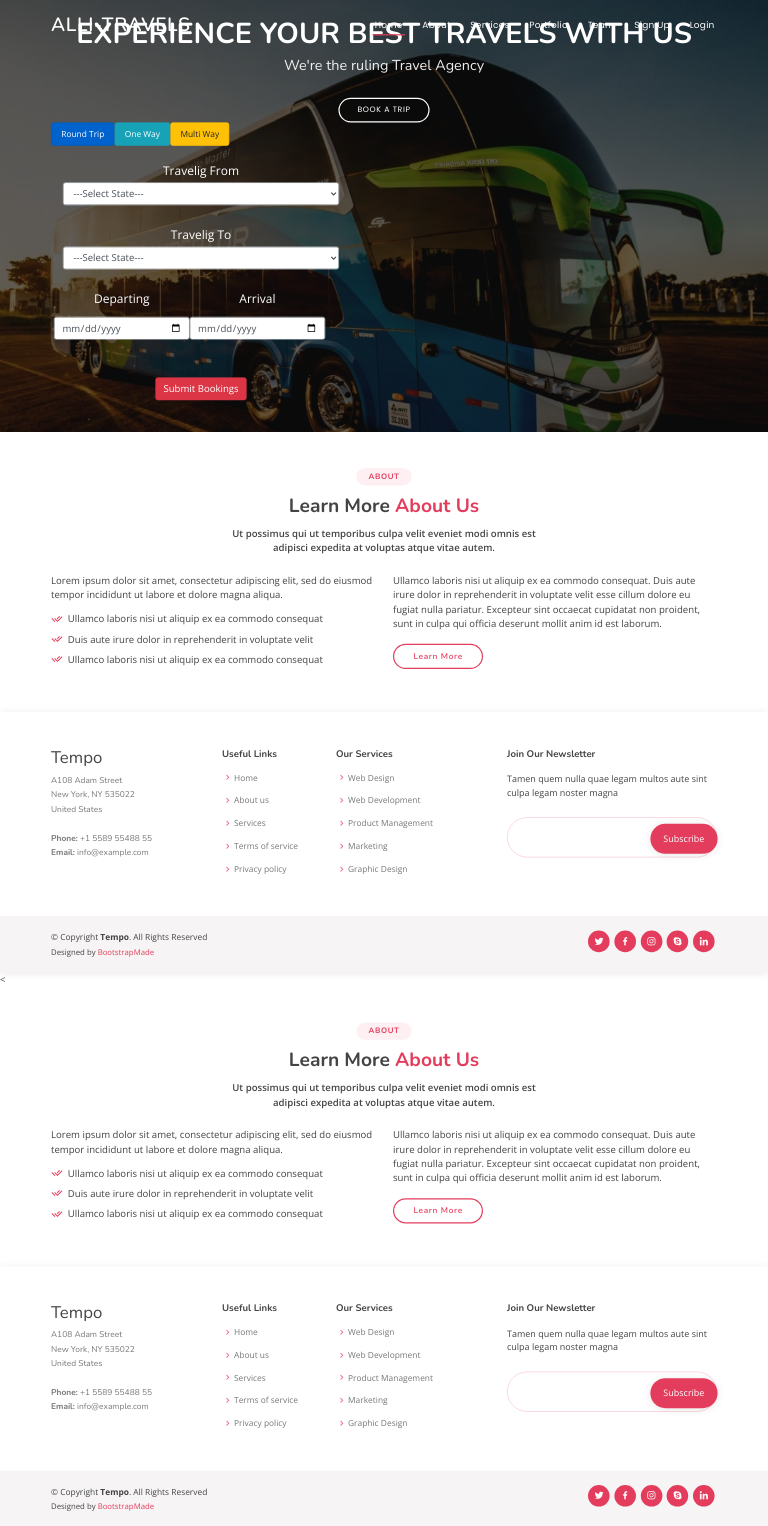
Repository: yazshrilld/Transport_Booking_system
Page: http://localhost/Transport_Project/admin/pindex.php
An editor plug-in stored every save of this project. The page is shown before and after a run of saves, followed by the edit.
The browser window is 1280 px wide. The pictures show the whole page, at 60% of full size.
Backgrounds fixed to the window are drawn as part of the page. The page is run by PHP 8.4 with error messages shown; the project is at /var/www/html/. Other server files are loaded and not shown. The database holds what the project's SQL file puts in it.

Above is the page before, as saved 2021-01-24 03:35:13.

### admin/pindex.php
<?php
$connection=mysqli_connect("localhost","root","","transport_project");
?>

<!DOCTYPE html>
<html lang="en">

<head>
  <meta charset="utf-8">
  <meta content="width=device-width, initial-scale=1.0" name="viewport">

  <title>Alli-Travels ! Your Smooth Ride</title>
  <meta content="" name="descriptison">
  <meta content="" name="keywords">

  <!-- Favicons -->
  <link href="assets/img/favicon.png" rel="icon">
  <link href="assets/img/apple-touch-icon.png" rel="apple-touch-icon">

  <!-- Google Fonts -->
  <link href="https://fonts.googleapis.com/css?family=Open+Sans:300,300i,400,400i,600,600i,700,700i|Nunito:300,300i,400,400i,600,600i,700,700i|Poppins:300,300i,400,400i,500,500i,600,600i,700,700i" rel="stylesheet">

  <!-- Vendor CSS Files -->
  <link href="assets/vendor/bootstrap/css/bootstrap.min.css" rel="stylesheet">
  <link href="assets/vendor/icofont/icofont.min.css" rel="stylesheet">
  <link href="assets/vendor/boxicons/css/boxicons.min.css" rel="stylesheet">
  <link href="assets/vendor/remixicon/remixicon.css" rel="stylesheet">
  <link href="assets/vendor/venobox/venobox.css" rel="stylesheet">
  <link href="assets/vendor/owl.carousel/assets/owl.carousel.min.css" rel="stylesheet">
  <script src="https://ajax.googleapis.com/ajax/libs/jquery/3.3.1/jquery.min.js"></script>

  <!-- Template Main CSS File -->
  <link href="assets/css/style.css" type="text/css" rel="stylesheet">
  <!-- <link href="assets/css/font.css" type="text/css" rel="stylesheet"> -->
  <link href="css/font.css" type="text/css" rel="stylesheet">

  <!-- =======================================================
  * Template Name: Tempo - v2.1.0
  * Template URL: https://bootstrapmade.com/tempo-free-onepage-bootstrap-theme/
  * Author: BootstrapMade.com
  * License: https://bootstrapmade.com/license/
  ======================================================== -->
</head>
<body>

<?php include "header.php"; ?>
  <!-- ======= Hero Section ======= -->
  <section id="hero">
    <div class="hero-container">
      <h1>Experience your best travels with us</h1>
      <h2>We're the ruling Travel Agency</h2>

        <a href="booking.php" class="btn-get-started scrollto">Book A Trip</a>
          <div class="container">
            <ul class="nav nav-pills mb-3" id="pills-tab" role="tablist">
                <li class="nav-item">
                    <a class="nav-link active btn btn-primary btn-sm" id="pills-home-tab" data-toggle="pill" href="#pills-home" role="tab" aria-controls="pills-home" aria-selected="true">Round Trip</a>
                </li>
                <li class="nav-item">
                    <a class="nav-link btn btn-info btn-sm" id="pills-profile-tab" data-toggle="pill" href="#pills-profile" role="tab" aria-controls="pills-profile" aria-selected="false">One Way</a>
                </li>
                <li class="nav-item">
                    <a class="nav-link btn btn-warning btn-sm" id="pills-contact-tab" data-toggle="pill" href="#pills-contact" role="tab" aria-controls="pills-contact" aria-selected="false">Multi Way</a>
                </li>
            </ul>

            <div class="tab-content" id="pills-tabContent">

                <div class="tab-pane fade show active" id="pills-home" role="tabpanel" aria-labelledby="pills-home-tab">
                    <?php include 'home_check.php';?>
                </div>
                <div class="tab-pane fade text-danger" id="pills-profile" role="tabpanel" aria-labelledby="pills-profile-tab">
                    <?php include 'profile_check.php';?>
                </div>
                <div class="tab-pane fade text-success" id="pills-contact" role="tabpanel" aria-labelledby="pills-contact-tab">
                    <?php include 'contact_check.php';?>
                </div>
            </div>
          </div>

    </div>
    <script type="text/javascript">
      $(document).ready(function(){
        $(".origin").change(function() { //.country is ilke .origin
          var origin_id=$(this).val(); // var id, may either be for origin or trips
          var post_id = 'id='+ origin_id; // + id, may either be for origin or trips
          $.ajax({
              type: "POST",
              url: "books.php",
              data: post_id+"&action=view",
              cache: false,
              success: function(result) {
                  $(".trip").html(result);
                }
          });
        });
      });
    </script>
  </section><!-- End Hero -->

  <main id="main">

    <!-- ======= About Section ======= -->







      </div>
    </section><!-- End Features Section -->

    <section id="about" class="about">
      <div class="container">

        <div class="section-title">
          <h2>About</h2>
          <h3>Learn More <span>About Us</span></h3>
          <p>Ut possimus qui ut temporibus culpa velit eveniet modi omnis est adipisci expedita at voluptas atque vitae autem.</p>
        </div>

        <div class="row content">
          <div class="col-lg-6">
            <p>
              Lorem ipsum dolor sit amet, consectetur adipiscing elit, sed do eiusmod tempor incididunt ut labore et dolore
              magna aliqua.
            </p>
            <ul>
              <li><i class="ri-check-double-line"></i> Ullamco laboris nisi ut aliquip ex ea commodo consequat</li>
              <li><i class="ri-check-double-line"></i> Duis aute irure dolor in reprehenderit in voluptate velit</li>
              <li><i class="ri-check-double-line"></i> Ullamco laboris nisi ut aliquip ex ea commodo consequat</li>
            </ul>
          </div>
          <div class="col-lg-6 pt-4 pt-lg-0">
            <p>
              Ullamco laboris nisi ut aliquip ex ea commodo consequat. Duis aute irure dolor in reprehenderit in voluptate
              velit esse cillum dolore eu fugiat nulla pariatur. Excepteur sint occaecat cupidatat non proident, sunt in
              culpa qui officia deserunt mollit anim id est laborum.
            </p>
            <a href="#" class="btn-learn-more">Learn More</a>
          </div>
        </div>

      </div>
    </section><!-- End About Section -->







  </main><!-- End #main -->

  <!-- ======= Footer ======= -->
  <footer id="footer">

    <div class="footer-top">
      <div class="container">
        <div class="row">

          <div class="col-lg-3 col-md-6 footer-contact">
            <h3>Tempo</h3>
            <p>
              A108 Adam Street <br>
              New York, NY 535022<br>
              United States <br><br>
              <strong>Phone:</strong> +1 5589 55488 55<br>
              <strong>Email:</strong> info@example.com<br>
            </p>
          </div>

          <div class="col-lg-2 col-md-6 footer-links">
            <h4>Useful Links</h4>
            <ul>
              <li><i class="bx bx-chevron-right"></i> <a href="#">Home</a></li>
              <li><i class="bx bx-chevron-right"></i> <a href="#">About us</a></li>
              <li><i class="bx bx-chevron-right"></i> <a href="#">Services</a></li>
              <li><i class="bx bx-chevron-right"></i> <a href="#">Terms of service</a></li>
              <li><i class="bx bx-chevron-right"></i> <a href="#">Privacy policy</a></li>
            </ul>
          </div>

          <div class="col-lg-3 col-md-6 footer-links">
            <h4>Our Services</h4>
            <ul>
              <li><i class="bx bx-chevron-right"></i> <a href="#">Web Design</a></li>
              <li><i class="bx bx-chevron-right"></i> <a href="#">Web Development</a></li>
              <li><i class="bx bx-chevron-right"></i> <a href="#">Product Management</a></li>
              <li><i class="bx bx-chevron-right"></i> <a href="#">Marketing</a></li>
              <li><i class="bx bx-chevron-right"></i> <a href="#">Graphic Design</a></li>
            </ul>
          </div>

          <div class="col-lg-4 col-md-6 footer-newsletter">
            <h4>Join Our Newsletter</h4>
            <p>Tamen quem nulla quae legam multos aute sint culpa legam noster magna</p>
            <form action="" method="post">
              <input type="email" name="email"><input type="submit" value="Subscribe">
            </form>
          </div>

        </div>
      </div>
    </div>

    <div class="container d-md-flex py-4">

      <div class="mr-md-auto text-center text-md-left">
        <div class="copyright">
          &copy; Copyright <strong><span>Tempo</span></strong>. All Rights Reserved
        </div>
        <div class="credits">
          <!-- All the links in the footer should remain intact. -->
          <!-- You can delete the links only if you purchased the pro version. -->
          <!-- Licensing information: https://bootstrapmade.com/license/ -->
          <!-- Purchase the pro version with working PHP/AJAX contact form: https://bootstrapmade.com/tempo-free-onepage-bootstrap-theme/ -->
          Designed by <a href="https://bootstrapmade.com/">BootstrapMade</a>
        </div>
      </div>
      <div class="social-links text-center text-md-right pt-3 pt-md-0">
        <a href="#" class="twitter"><i class="bx bxl-twitter"></i></a>
        <a href="#" class="facebook"><i class="bx bxl-facebook"></i></a>
        <a href="#" class="instagram"><i class="bx bxl-instagram"></i></a>
        <a href="#" class="google-plus"><i class="bx bxl-skype"></i></a>
        <a href="#" class="linkedin"><i class="bx bxl-linkedin"></i></a>
      </div>
    </div>
  </footer><!-- End Footer -->

  <a href="#" class="back-to-top"><i class="ri-arrow-up-line"></i></a>

  <!-- Vendor JS Files -->
  <script src="assets/vendor/jquery/jquery.min.js"></script>
  <script src="assets/vendor/bootstrap/js/bootstrap.bundle.min.js"></script>
  <script src="assets/vendor/jquery.easing/jquery.easing.min.js"></script>
  <script src="assets/vendor/php-email-form/validate.js"></script>
  <</section><!-- End Features Section -->

  <section id="about" class="about">
    <div class="container">

      <div class="section-title">
        <h2>About</h2>
        <h3>Learn More <span>About Us</span></h3>
        <p>Ut possimus qui ut temporibus culpa velit eveniet modi omnis est adipisci expedita at voluptas atque vitae autem.</p>
      </div>

      <div class="row content">
        <div class="col-lg-6">
          <p>
            Lorem ipsum dolor sit amet, consectetur adipiscing elit, sed do eiusmod tempor incididunt ut labore et dolore
            magna aliqua.
          </p>
          <ul>
            <li><i class="ri-check-double-line"></i> Ullamco laboris nisi ut aliquip ex ea commodo consequat</li>
            <li><i class="ri-check-double-line"></i> Duis aute irure dolor in reprehenderit in voluptate velit</li>
            <li><i class="ri-check-double-line"></i> Ullamco laboris nisi ut aliquip ex ea commodo consequat</li>
          </ul>
        </div>
        <div class="col-lg-6 pt-4 pt-lg-0">
          <p>
            Ullamco laboris nisi ut aliquip ex ea commodo consequat. Duis aute irure dolor in reprehenderit in voluptate
            velit esse cillum dolore eu fugiat nulla pariatur. Excepteur sint occaecat cupidatat non proident, sunt in
            culpa qui officia deserunt mollit anim id est laborum.
          </p>
          <a href="#" class="btn-learn-more">Learn More</a>
        </div>
      </div>

    </div>
  </section><!-- End About Section -->







</main><!-- End #main -->

<!-- ======= Footer ======= -->
<footer id="footer">

  <div class="footer-top">
    <div class="container">
      <div class="row">

        <div class="col-lg-3 col-md-6 footer-contact">
          <h3>Tempo</h3>
          <p>
            A108 Adam Street <br>
            New York, NY 535022<br>
            United States <br><br>
            <strong>Phone:</strong> +1 5589 55488 55<br>
            <strong>Email:</strong> info@example.com<br>
          </p>
        </div>

        <div class="col-lg-2 col-md-6 footer-links">
          <h4>Useful Links</h4>
          <ul>
            <li><i class="bx bx-chevron-right"></i> <a href="#">Home</a></li>
            <li><i class="bx bx-chevron-right"></i> <a href="#">About us</a></li>
            <li><i class="bx bx-chevron-right"></i> <a href="#">Services</a></li>
            <li><i class="bx bx-chevron-right"></i> <a href="#">Terms of service</a></li>
            <li><i class="bx bx-chevron-right"></i> <a href="#">Privacy policy</a></li>
          </ul>
        </div>

        <div class="col-lg-3 col-md-6 footer-links">
          <h4>Our Services</h4>
          <ul>
            <li><i class="bx bx-chevron-right"></i> <a href="#">Web Design</a></li>
            <li><i class="bx bx-chevron-right"></i> <a href="#">Web Development</a></li>
            <li><i class="bx bx-chevron-right"></i> <a href="#">Product Management</a></li>
            <li><i class="bx bx-chevron-right"></i> <a href="#">Marketing</a></li>
            <li><i class="bx bx-chevron-right"></i> <a href="#">Graphic Design</a></li>
          </ul>
        </div>

        <div class="col-lg-4 col-md-6 footer-newsletter">
          <h4>Join Our Newsletter</h4>
          <p>Tamen quem nulla quae legam multos aute sint culpa legam noster magna</p>
          <form action="" method="post">
            <input type="email" name="email"><input type="submit" value="Subscribe">
          </form>
        </div>

      </div>
    </div>
  </div>

  <div class="container d-md-flex py-4">

    <div class="mr-md-auto text-center text-md-left">
      <div class="copyright">
        &copy; Copyright <strong><span>Tempo</span></strong>. All Rights Reserved
      </div>
      <div class="credits">
        <!-- All the links in the footer should remain intact. -->
        <!-- You can delete the links only if you purchased the pro version. -->
        <!-- Licensing information: https://bootstrapmade.com/license/ -->
        <!-- Purchase the pro version with working PHP/AJAX contact form: https://bootstrapmade.com/tempo-free-onepage-bootstrap-theme/ -->
        Designed by <a href="https://bootstrapmade.com/">BootstrapMade</a>
      </div>
    </div>
    <div class="social-links text-center text-md-right pt-3 pt-md-0">
      <a href="#" class="twitter"><i class="bx bxl-twitter"></i></a>
      <a href="#" class="facebook"><i class="bx bxl-facebook"></i></a>
      <a href="#" class="instagram"><i class="bx bxl-instagram"></i></a>
      <a href="#" class="google-plus"><i class="bx bxl-skype"></i></a>
      <a href="#" class="linkedin"><i class="bx bxl-linkedin"></i></a>
    </div>
  </div>
</footer><!-- End Footer -->

<a href="#" class="back-to-top"><i class="ri-arrow-up-line"></i></a>

<!-- Vendor JS Files -->
<script src="assets/vendor/jquery/jquery.min.js"></script>
<script src="assets/vendor/bootstrap/js/bootstrap.bundle.min.js"></script>
<script src="assets/vendor/jquery.easing/jquery.easing.min.js"></script>
<script src="assets/vendor/php-email-form/validate.js"></script>
<script src="assets/vendor/isotope-layout/isotope.pkgd.min.js"></script>
  <script src="assets/vendor/venobox/venobox.min.js"></script>
  <script src="assets/vendor/owl.carousel/owl.carousel.min.js"></script>

  <!-- Template Main JS File -->
  <script src="assets/js/main.js"></script>

</body>

</html>

### admin/home_check.php
<div>
    <form class="booking-form-box" method="POST" action="booking_1.php">
		<div class="booking-form-box">
		    <div class="booking-form">
		        <label>Travelig From</label>
			    <select name="state_from" class="form-control origin">
				        <option value="0">---Select State---</option>
				        <?php
					        $origin_query = mysqli_query($connection, "SELECT * FROM `origin`") ;
					        while($row = mysqli_fetch_array($origin_query)) {
						?>
						<option value="<?php echo $row['origin_id'] ?>"><?php echo $row['origin_state'] ?></option>
						<?php
					        }
				        ?>
			    </select><br />

			        <label>Travelig To</label>
			        <select name="state_to" class="form-control trip">
				        <option value="0">---Select State---</option>
			        </select><br />
			        <div class="row">
						<div class="input-grp col-xs-6">
							<label>Departing</label>
							<input type="date" class="form-control select-date"><br />
						</div>
						<div class="input-grp col-xs-6">
							<label>Arrival</label>
							<input type="date" class="form-control select-date">
						</div>
					</div>
                        <input type="hidden" value='view' name='action' class="form-control">
		            <div class="input-grp"><br>
		                <input type="submit" value="Submit Bookings" class="btn btn-danger ">
		            </div>
		    </div>
		</div>
	</form>
</div>

### admin/profile_check.php
<div>
    <form class="booking-form-box" method="POST" action="booking_1.php">
		<div class="booking-form-box">
		    <div class="booking-form">
		        <label>Travelig From</label>
			    <select name="state_from" class="form-control origin">
				        <option value="0">---Select State---</option>
				        <?php
					        $origin_query = mysqli_query($connection, "SELECT * FROM `origin`") ;
					        while($row = mysqli_fetch_array($origin_query)) {
						?>
						<option value="<?php echo $row['origin_id'] ?>"><?php echo $row['origin_state'] ?></option>
						<?php
					        }
				        ?>
			    </select><br />

			        <label>Travelig To</label>
			        <select name="state_to" class="form-control trip">
				        <option value="0">---Select State---</option>
			        </select><br />
			        <div class="input-grp">
			            <label>Departing</label>
			            <input type="date" class="form-control select-date">
		            </div>
                        <input type="hidden" value='view' name='action' class="form-control">
		            <div class="input-grp"><br>
		                <input type="submit" value="Submit Bookings" class="btn btn-danger btn-block">
		            </div>
		    </div>
		</div>
	</form>
</div>

### admin/contact_check.php
<div>
    <form class="booking-form-box" method="POST" action="booking_1.php">
		<div class="booking-form-box">
		    <div class="booking-form">
		        <label>Travelig From</label>
			    <select name="state_from" class="form-control origin">
				        <option value="0">---Select State---</option>
				        <?php
					        $origin_query = mysqli_query($connection, "SELECT * FROM `origin`") ;
					        while($row = mysqli_fetch_array($origin_query)) {
						?>
						<option value="<?php echo $row['origin_id'] ?>"><?php echo $row['origin_state'] ?></option>
						<?php
					        }
				        ?>
			    </select><br />

			        <label>Travelig To</label>
			        <select name="state_to" class="form-control trip">
				        <option value="0">---Select State---</option>
			        </select><br />
			        <div class="input-grp">
			            <label>Departing</label>
			            <input type="date" class="form-control select-date">
		            </div>
                        <input type="hidden" value='view' name='action' class="form-control">
		            <div class="input-grp"><br>
		                <input type="submit" value="Submit Bookings" class="btn btn-danger btn-block">
		            </div>
		    </div>
		</div>
	</form>
</div>

### admin/css/font.css
.booking-form-box {
	max-width :500px;
}

.radio-btn .btn {
	margin :  20px 10px 20px 0 ;
	box-shadow :none;

}

.radio-btn .btn:: after {
	content : '';
	height : 15px;
	width : 15px;
	top : -2px;
	left : -1px;
	background-color : #fff;
	position :relative;
	display : inline-block;
	border : 3px solid #fff;
	visibility : visible;
	border-radius : 50%;
}

.radio-btn .btn:checked:: after {
	content : '';
	background-color : #000;
	transition : 0.5s;
}


.icon-box {
	border-radius: 30px 30px;
}

.radio-btn span {
	color :#fff;
	margin-right : 5px;
	font-size : 12px;
}

.booking-form {
	padding :0 20px 20px;
}

.booking-form label, input {
	margin-bottom : 5px;
	margin-top : 10px;
	font-size : 20px;
	color : #fff;
}

input::placeholder {
	color : #fff !important;
}

.input-grp  {
	width :226px;
	display :inline-block;
}

.custom-select  {
	width :226px;
	display :inline-block;
}



.select-date::-webkit-inner-spin-button,
.select-date::-webkit-outer-spin-button{
	-webkit-appearance :;
	margin : 0;

}


.select-date::-webkit-calender-piker-indicator{

}

.input-grp .btn a {
	color :#fff;
}
.features .container{
	display: flex;
	justify-content: space-between;
	align-items: center;
}
.features .container .row{
	border: 1px solid black;
	margin: 0;
	max-height: 6rem;
	background-color: blue;
	/* width: 100%; */
	padding: 0;
}
.features .container .row .icon-box{
	border: 1px solid black;
	height: 100%;
	display: grid;
	grid-template-columns: 15% 80%;
	grid-gap: 5%;
	padding: 0;
	width: 100% !important
}
.travelling {
	padding: 0;
	margin: 0 !important;
	background: red;
	width: 100%
}

### transport_project.sql (the tables this page reads)
CREATE TABLE `origin` (
  `origin_id` int(11) NOT NULL,
  `origin_state` varchar(255) NOT NULL
) ENGINE=InnoDB DEFAULT CHARSET=latin1;

INSERT INTO `origin` (`origin_id`, `origin_state`) VALUES
(1, 'fdhha'),
(2, 'Abuja'),
(3, 'Lagos'),
(4, 'Enugu'),
(5, 'dfgfd'),
(6, 'Abakaliki');

ALTER TABLE `origin`
  ADD PRIMARY KEY (`origin_id`);

ALTER TABLE `origin`
  MODIFY `origin_id` int(11) NOT NULL AUTO_INCREMENT, AUTO_INCREMENT=7;

Loaded but not shown: admin/assets/js/main.js (173 lines, source omitted); admin/assets/css/style.css (2028 lines, source omitted); admin/header.php (69 lines, source omitted)

After the next 2 saves:
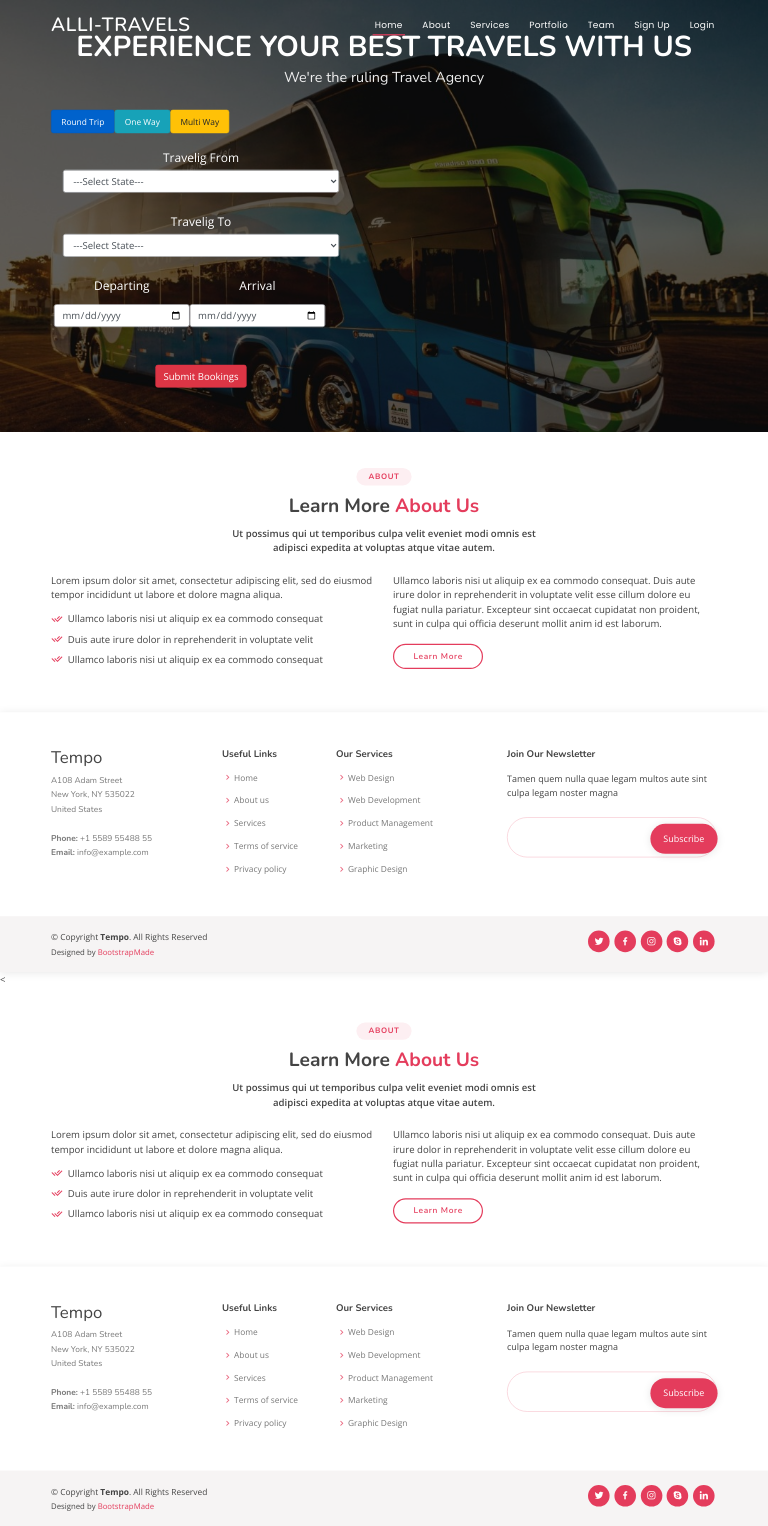
The 2 saves are shown as one change because they came seconds apart.
The last was saved 59 s later.
--- a/admin/pindex.php
+++ b/admin/pindex.php
@@ -49,8 +49,6 @@ $connection=mysqli_connect("localhost","root","","transport_project");
     <div class="hero-container">
       <h1>Experience your best travels with us</h1>
       <h2>We're the ruling Travel Agency</h2>
-
-        <a href="booking.php" class="btn-get-started scrollto">Book A Trip</a>
           <div class="container">
             <ul class="nav nav-pills mb-3" id="pills-tab" role="tablist">
                 <li class="nav-item">
